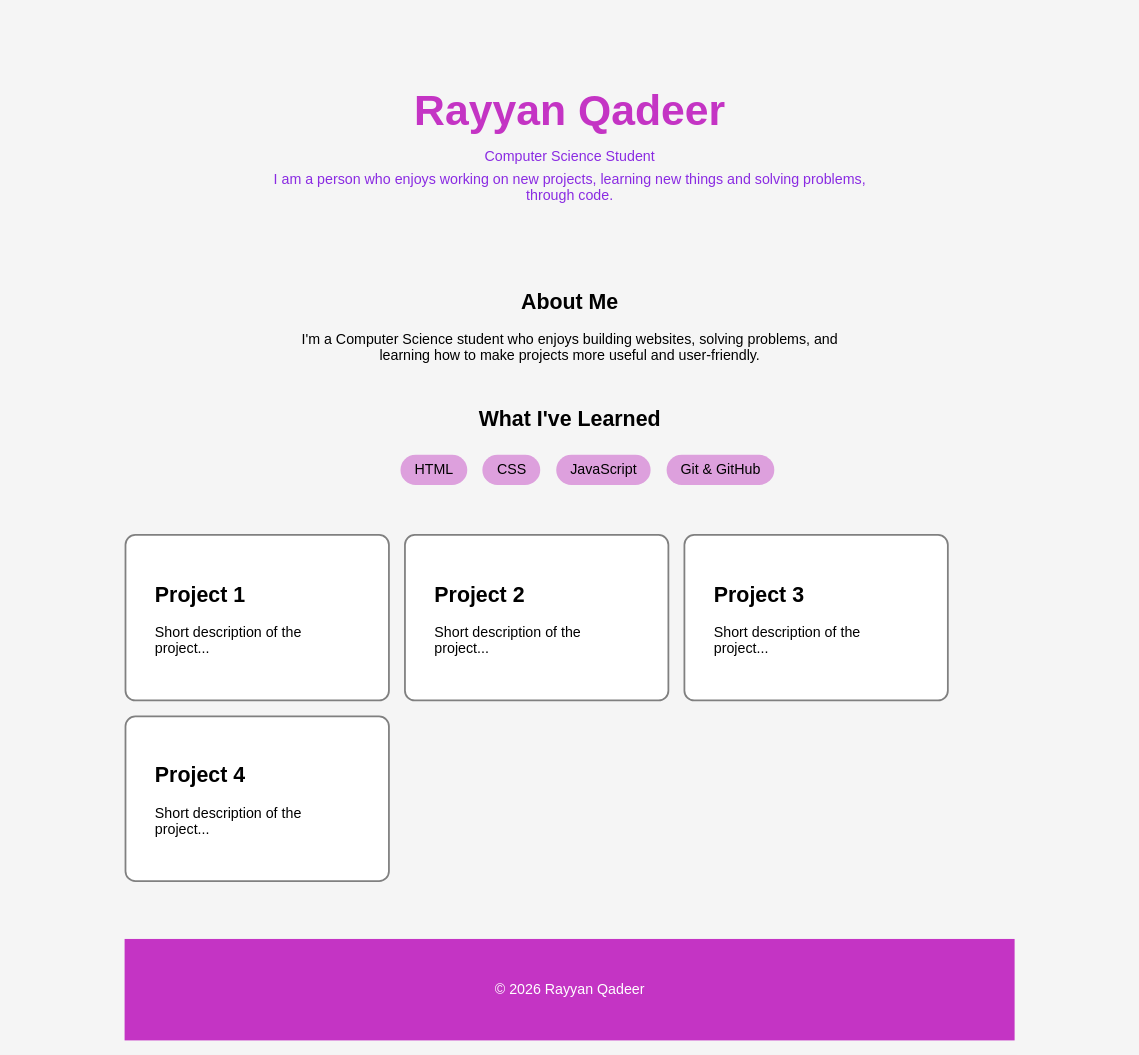
Repository: rayyan-qadeer/rayyan-qadeer
Page: index.html
These files come from the project's save history. The page is drawn as it stood at one moment and after the next save; the edit follows.
The browser window is 1280 px wide. The pictures show the whole page, at 89% of full size.

Above is the page before, as saved 2026-05-06 03:16:23.

After the next save:
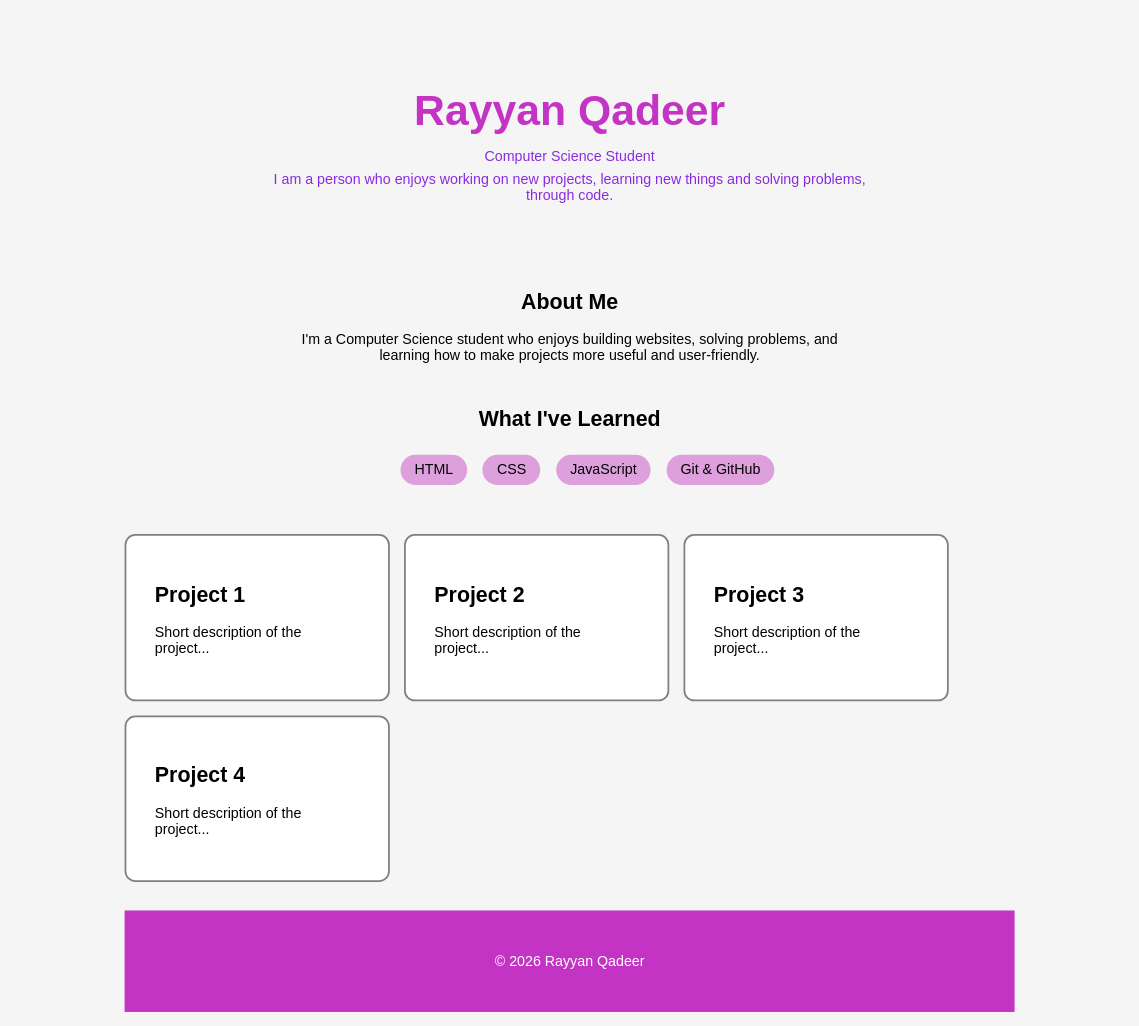
Saved 45 s later.
--- a/styles/index.css
+++ b/styles/index.css
@@ -63,7 +63,7 @@ header h1 {
 
 footer {
   text-align: center;
-  margin-top: 4rem;
+  margin-top: 2rem;
   padding: 2rem;
   background-color: rgb(196, 52, 196);
   color: white;
